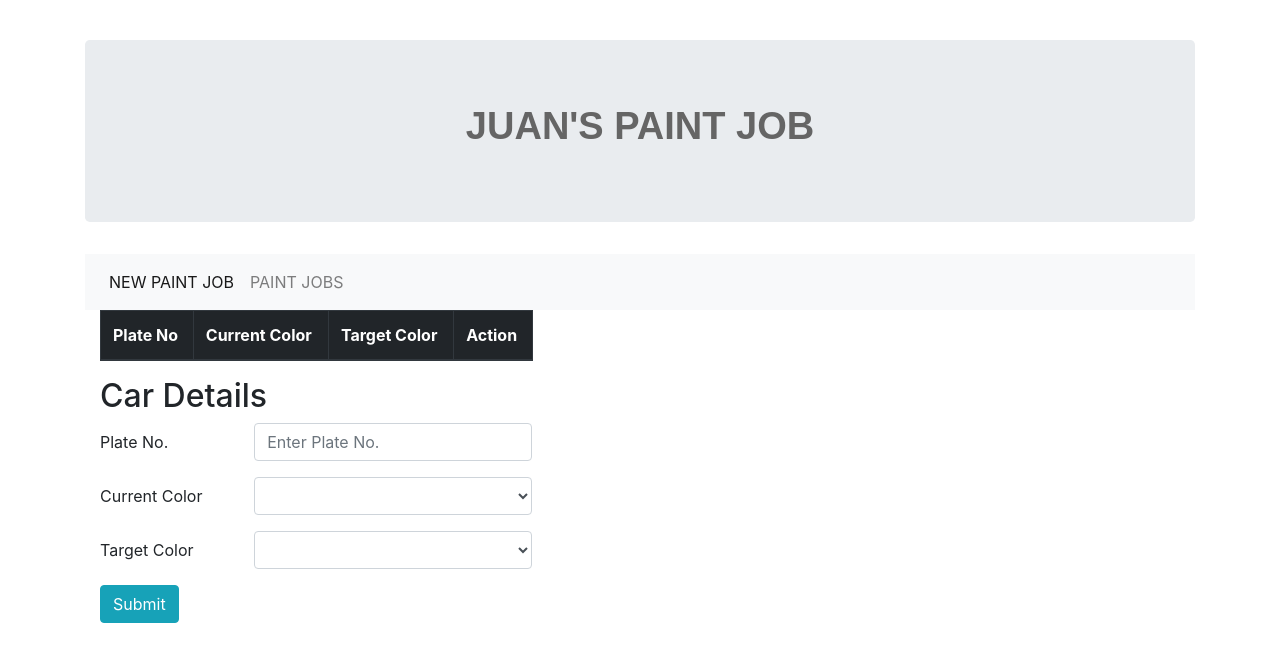
Repository: soycaringal/paint-job
Page: http://localhost/
The author's editor kept a copy of each file at every save. The page is drawn from the files as they stood at one save, then again after the next save.
The browser window is 1280 px wide. The pictures show the whole page.
The page is served by the project's Laravel application, run on PHP 8.4 with Laravel 8. Other server files are loaded and not shown. Queries for data that is not in the repository find no rows.

Above is the page before, as saved 2020-02-22 20:59:16.
Console error: SyntaxError: Invalid or unexpected token

### routes/web.php
<?php

/*
|--------------------------------------------------------------------------
| Web Routes
|--------------------------------------------------------------------------
|
| Here is where you can register web routes for your application. These
| routes are loaded by the RouteServiceProvider within a group which
| contains the "web" middleware group. Now create something great!
|
*/

Route::get('/', 'CarController@index');
Route::post('/car', 'CarController@store')->name('car.store');

// Route::post('/car', function () {

//     return 'aw';
// });

### app/Http/Controllers/CarController.php
<?php

namespace App\Http\Controllers;

use App\Car;
use Illuminate\Http\Request;

class CarController extends Controller
{
    private $car;

    public function __construct(Car $car) {
        $this->car = $car;
    }

    /**
     * Display a listing of the resource.
     *
     * @return \Illuminate\Http\Response
     */
    public function index()
    {
        $cars = $this->car->all();
        return view('home', compact('cars'));
    }

        /**
     * Display a listing of the resource.
     *
     * @return \Illuminate\Http\Response
     */
    public function jobs()
    {
        return view('jobs');
    }

    /**
     * Show the form for creating a new resource.
     *
     * @return \Illuminate\Http\Response
     */
    public function create()
    {
        //
    }

    /**
     * Store a newly created resource in storage.
     *
     * @param  \Illuminate\Http\Request  $request
     * @return \Illuminate\Http\Response
     */
    public function store(Request $request)
    {
        $data = $request->all();

        $car = new Car();
        $car->plate_no = $data['plate_no'];
        $car->current_color = $data['current_color'];
        $car->target_color = $data['target_color'];
        $car->save();

        return redirect('/');
    }

    /**
     * Display the specified resource.
     *
     * @param  \App\Car  $car
     * @return \Illuminate\Http\Response
     */
    public function show(Car $car)
    {
        //
    }

    /**
     * Show the form for editing the specified resource.
     *
     * @param  \App\Car  $car
     * @return \Illuminate\Http\Response
     */
    public function edit(Car $car)
    {
        //
    }

    /**
     * Update the specified resource in storage.
     *
     * @param  \Illuminate\Http\Request  $request
     * @param  \App\Car  $car
     * @return \Illuminate\Http\Response
     */
    public function update(Request $request, Car $car)
    {
        //
    }

    /**
     * Remove the specified resource from storage.
     *
     * @param  \App\Car  $car
     * @return \Illuminate\Http\Response
     */
    public function destroy(Car $car)
    {
        //
    }
}

### resources/views/home.blade.php
@extends('layouts.app')

@section('content')

<section class="col-5">
    <div class="cars">
        <table class="table table-bordered">
            <thead class="thead thead-dark">
                <tr>
                    <th scope="col">Plate No</th>
                    <th scope="col">Current Color</th>
                    <th scope="col">Target Color</th>
                    <th scope="col">Action</th>
                </tr>
            </thead>
            <tbody class="car-in-progress">

            </tbody>
        </table>
    </div>

    <h2>Car Details</h2>
    <form action="{{route('car.store')}}" method="post">
        @csrf
        <!-- START: Plate No. -->
        <div class="form-group row">
            <label class="col-4 col-form-label">Plate No.</label>
            <div class="col-8   ">
                <input type="text" name="plate_no" class="form-control" placeholder="Enter Plate No.">
            </div>
        </div>
        <!-- END: Plate No. -->
        <!-- START: Current Color -->
        <div class="form-group row">
            <label class="col-4 col-form-label">Current Color</label>
            <div class="col-8   ">
                <select name="current_color"class="form-control">
                    <option value=""></option>
                    <option value="red">Red</option>
                    <option value="green">Green</option>
                    <option value="blue">Blue</option>
                </select>
            </div>
        </div>
        <!-- END: Current Color -->
        <!-- START: Target Color -->
        <div class="form-group row">
            <label class="col-4 col-form-label">Target Color</label>
            <div class="col-8   ">
                <select name="target_color"class="form-control">
                    <option value=""></option>
                    <option value="red">Red</option>
                    <option value="green">Green</option>
                    <option value="blue">Blue</option>
                </select>
            </div>
        </div>
        <!-- END: Target Color -->
        <button type="submit" class="btn btn-info">Submit</button>
    </form>
</section>

<script>
    $(document).ready(() => {
        poll();
    })


    function template(cars) {
        let template = '<tr> \
            < td > Mark</td> \
        <td>Otto</td> \
        <td>@mdo</td> \
        <td>@mdo</td> \
                    </tr > ';
    }
    function getData() {
        $.get('/api/cars')
            .then((res) => {

            });

        poll();
    }
    function poll() {
        setTimeout(() => {
            getData()
        }, 3000);
    }
</script>


@endsection

### resources/views/layouts/app.blade.php
<!DOCTYPE html>
<html lang="{{ str_replace('_', '-', app()->getLocale()) }}">
    <head>
        <meta charset="utf-8">
        <meta name="viewport" content="width=device-width, initial-scale=1">

        <title>Laravel</title>

        <!-- Fonts -->
        <link href="https://fonts.googleapis.com/css?family=Nunito:200,600" rel="stylesheet">
        <link rel="stylesheet" href="https://stackpath.bootstrapcdn.com/bootstrap/4.1.3/css/bootstrap.min.css" integrity="sha384-MCw98/SFnGE8fJT3GXwEOngsV7Zt27NXFoaoApmYm81iuXoPkFOJwJ8ERdknLPMO" crossorigin="anonymous">
        <script src="https://code.jquery.com/jquery-3.3.1.slim.min.js" integrity="sha384-q8i/X+965DzO0rT7abK41JStQIAqVgRVzpbzo5smXKp4YfRvH+8abtTE1Pi6jizo" crossorigin="anonymous"></script>
        <script src="https://cdnjs.cloudflare.com/ajax/libs/popper.js/1.14.3/umd/popper.min.js" integrity="sha384-ZMP7rVo3mIykV+2+9J3UJ46jBk0WLaUAdn689aCwoqbBJiSnjAK/l8WvCWPIPm49" crossorigin="anonymous"></script>
        <script src="https://stackpath.bootstrapcdn.com/bootstrap/4.1.3/js/bootstrap.min.js" integrity="sha384-ChfqqxuZUCnJSK3+MXmPNIyE6ZbWh2IMqE241rYiqJxyMiZ6OW/JmZQ5stwEULTy" crossorigin="anonymous"></script>
        <link href="/css/main.css" rel="stylesheet">
        <script src="https://code.jquery.com/jquery-3.4.1.min.js"
                integrity="sha256-CSXorXvZcTkaix6Yvo6HppcZGetbYMGWSFlBw8HfCJo=" crossorigin="anonymous"></script>
    </head>
    <body>
        <div class="container">
            <header>
                <div class="jumbotron text-center">
                    <h1>Juan's Paint Job</h1>
                </div>
                <nav class="navbar navbar-expand-lg navbar-light bg-light">
                    <div class="collapse navbar-collapse" id="navbarText">
                        <ul class="navbar-nav mr-auto">
                            <li class="nav-item active">
                                <a class="nav-link" href="/">NEW PAINT JOB</a>
                            </li>
                            <li class="nav-item">
                                <a class="nav-link" href="/jobs">PAINT JOBS</a>
                            </li>
                            </li>
                        </ul>
                    </div>
                </nav>
            </header>
            <main>
                @yield('content')
            </main>
        </div>
    </body>
</html>

### public/css/main.css
header {
    margin-top: 40px;
}

header h1 {
    font-family: 'arial';
    font-weight: bold;
    font-size: 38px;
    text-transform: uppercase;
    color: #656565;
}

.navbar {
    /* background-color: #e9695b; */
}

Loaded but not shown: app/Http/Controllers/Controller.php (common file); app/Car.php (common file)

After the next save:
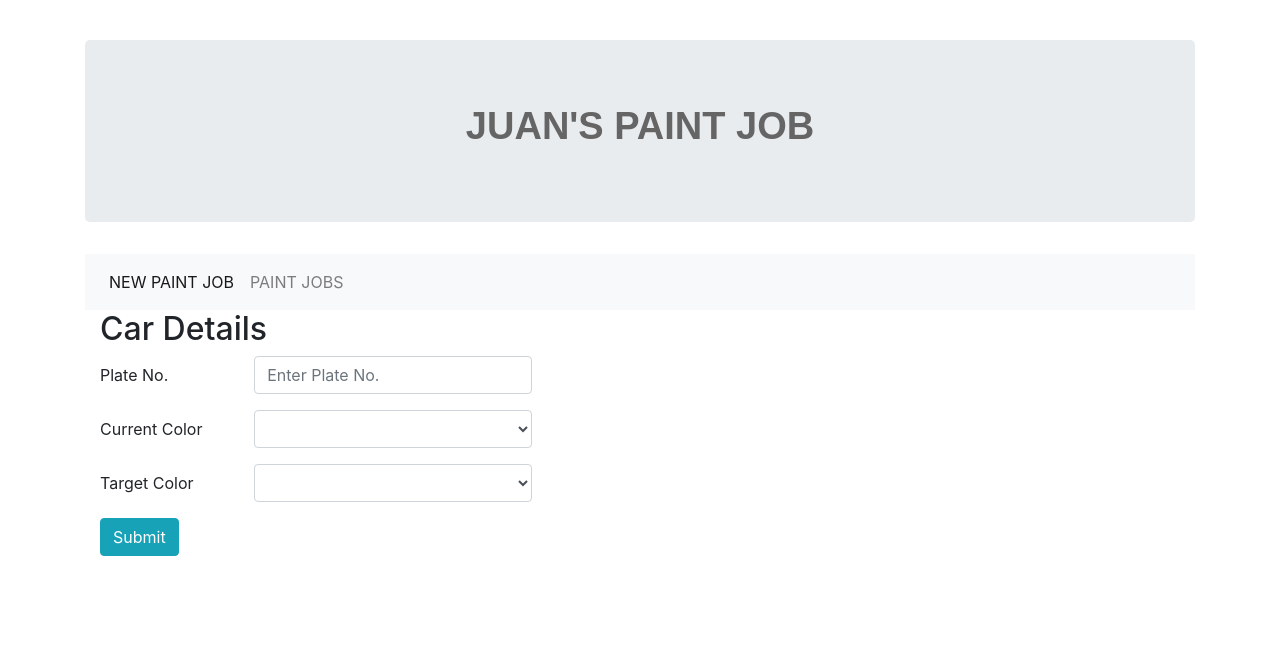
The error is gone.
Saved 25 s later.
--- a/resources/views/home.blade.php
+++ b/resources/views/home.blade.php
@@ -3,22 +3,6 @@
 @section('content')
 
 <section class="col-5">
-    <div class="cars">
-        <table class="table table-bordered">
-            <thead class="thead thead-dark">
-                <tr>
-                    <th scope="col">Plate No</th>
-                    <th scope="col">Current Color</th>
-                    <th scope="col">Target Color</th>
-                    <th scope="col">Action</th>
-                </tr>
-            </thead>
-            <tbody class="car-in-progress">
-
-            </tbody>
-        </table>
-    </div>
-
     <h2>Car Details</h2>
     <form action="{{route('car.store')}}" method="post">
         @csrf
@@ -60,34 +44,5 @@
     </form>
 </section>
 
-<script>
-    $(document).ready(() => {
-        poll();
-    })
-
-
-    function template(cars) {
-        let template = '<tr> \
-            < td > Mark</td> \
-        <td>Otto</td> \
-        <td>@mdo</td> \
-        <td>@mdo</td> \
-                    </tr > ';
-    }
-    function getData() {
-        $.get('/api/cars')
-            .then((res) => {
-
-            });
-
-        poll();
-    }
-    function poll() {
-        setTimeout(() => {
-            getData()
-        }, 3000);
-    }
-</script>
-
 
 @endsection
